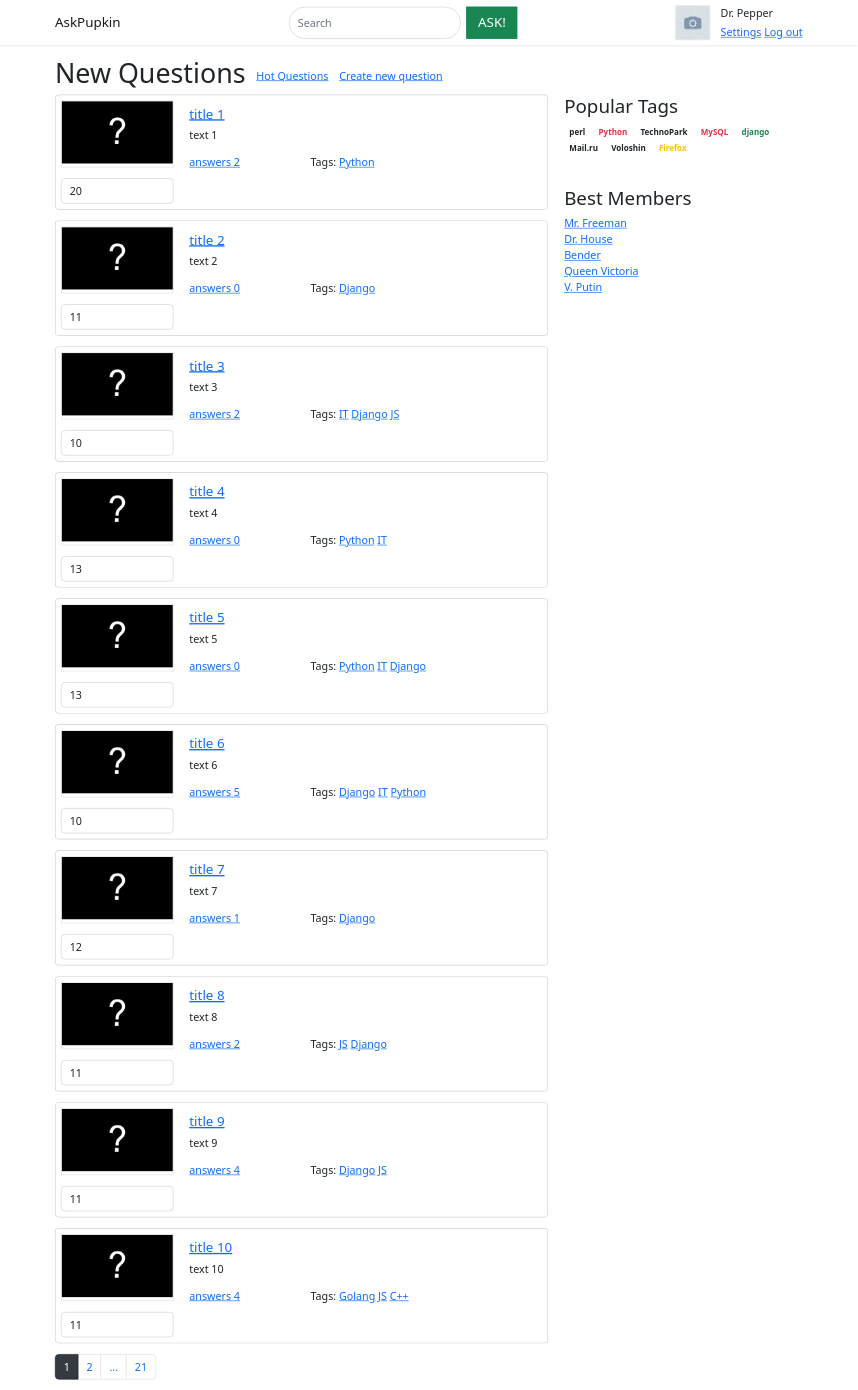
Repository: MiniDan21/askme_molchanov_django
Page: http://localhost/
An editor plug-in stored every save of this project. The page is shown before and after the next save, followed by the edit.
The browser window is 1280 px wide. The pictures show the whole page, at 67% of full size.
The page is served by the project's application, run on Django 5.2 (manage.py). Other server files are loaded and not shown.

Above is the page before, as saved 2024-04-10 11:54:34.

### templates/index.html
{% extends "layouts/base.html" %}

{% block main %}
      <div class="d-flex gap-3 align-items-center">
        <h1>New Questions </h1>
        <a href="/hot">Hot Questions</a>
        <a href="/ask">Create new question</a>
      </div>
      {% include 'layouts/question_list.html' %}
      {% include 'layouts/pagination.html' %}
      {% include 'layouts/popular.html' %}

{% endblock %}

### templates/layouts/base.html
{% load static %}
<!doctype html>
<html lang="en">
  <head>
    <meta charset="utf-8"/>
    <meta
      name="viewport"
      content="width=device-width, initial-scale=1"
    />
    <title>{% block title %} ask-pipkin.com {% endblock %}</title>
    <link
      rel="stylesheet"
      type="text/css"
      href="{% static 'css/bootstrap.css' %}"
    />
    <link
      rel="stylesheet"
      type="text/css"
      href="{% static 'css/custom.css' %}"
    />
  </head>
  <body>
    <nav class="navbar bg-body-tertiary border-bottom">
      {% block navbar %}
      <div class="container-sm-fluid container-lg">
        <a class="navbar-brand" href="/">AskPupkin</a>
        <form
          class="d-flex"
          role="search"
        >
          <input
            class="form-control me-2 rounded-pill"
            type="search"
            placeholder="Search"
            aria-label="Search"
          />
          <button
            class="btn btn-success btn-lg rounded-0"
            type="submit"
          >ASK!</button>
        </form>
        <div class="d-flex justify-content-between gap-3">
          {% include 'layouts/loged_in.html' %}
        </div>
      </div>
    {% endblock %}
    </nav>
    <main class="container-fluid container-lg mt-3">
      {% block main %}
        block main
      {% endblock %}
    </main>
    <!-- <footer class="fixed-bottom p-3 bg-light">
      {% block footer %}
      <div class="container">
        <span class="text-muted">Place sticky footer content here.</span>
      </div>
      {% endblock %}
    </footer> -->
    <script src="../static/js/bootstrap.bundle.min.js"></script>
  </body>
</html>

### templates/layouts/loged_in.html
{% if authed %}
<div class="border">
  <img
    src="../static/img/alter_avatar.jpg"
    alt="Avatar"
    width="50"
    height="50"
  />
</div>
<div class="d-flex flex-column justify-content-between">
  <div>{{user.nickmame|default:"Dr. Pepper"}}</div>
  <div>
    <a href="{% url 'settings' %}">Settings</a>
    <a href="{% url 'logout' %}">Log out</a>
  </div>
</div>
{% else %}
<div class="d-flex flex-column justify-content-between">
  <div>
    <a href="{% url 'login' %}">log in</a>
    <a href="{% url 'signup' %}">sign up</a>
  </div>
</div>
{% endif %}

### templates/layouts/question_list.html
<div class="row">
    <div class="col-8">
      {% for question in questions %}
      <article class="card mb-3 w-100">
        <div class="row g-0">
          <div class="col-3 p-2">
            <div
              class="border w-100 mb-3 overflow-hidden"
              style="height: 100px"
            >
              <img
                src="{{ question.avatar }}"
                class="img-fluid"
                alt="..."
              />
            </div>
            <div class="input-group flex-nowrap">
              <input
                type="number"
                value="{{ question.likes }}"
                class="form-control"
              />
            </div>
          </div>
          <div class="col">
            <div class="card-body">
              <h5 class="card-title">
                <a href="{% url "question" question.id %}">{{ question.title }}</a>
              </h5>
              <p class="card-text">
                {{ question.text }}
              </p>
              <div class="row">
                <a
                  class="col-4"
                  href="{% url "question" question.id %}"
                >{{ question.answers }}</a>
                <div class="col-8">
                  <span>Tags:</span>
                  {% for tag in question.tags %}
                    <a href="{% url "tag" tag.name %}">{{ tag.name }}</a>
                  {% endfor %}
                </div>
              </div>
            </div>
          </div>
        </div>
      </article>
      {% endfor %}

### templates/layouts/pagination.html
<nav aria-label="Page navigation example">
    <ul class="pagination">
      <li
        class="page-item active"
        aria-current="page"
      >
        <span class="page-link">1</span>
      </li>
      <li class="page-item">
        <a
          class="page-link"
          href="#"
        >2</a>
      </li>
      <li class="page-item">
        <a
          class="page-link"
          href="#"
        >...</a>
      </li>
      <li class="page-item">
        <a
          class="page-link"
          href="#"
        >21</a>
      </li>
    </ul>
  </nav>
</div>

### templates/layouts/popular.html
<div class="col-4">
    <h3>Popular Tags</h3>
    <div class="row">
      <div class="col">
        <a href="{% url 'tag' 'perl'%}"><span class="badge text-dark">perl</span></a>
        <a href="{% url 'tag' 'Python'%}"><span class="badge text-danger">Python</span></a>
        <a href="{% url 'tag' 'TechnoPark'%}"><span class="badge text-dark">TechnoPark</span></a>
        <a href="{% url 'tag' 'MySQL'%}"><span class="badge text-danger">MySQL</span></a>
        <a href="{% url 'tag' 'django'%}"><span class="badge text-success">django</span></a>
        <a href="{% url 'tag' 'Mail.ru'%}"><span class="badge text-dark">Mail.ru</span></a>
        <a href="{% url 'tag' 'Voloshin'%}"><span class="badge text-dark">Voloshin</span></a>
        <a href="{% url 'tag' 'Firefox'%}"><span class="badge text-warning">Firefox</span></a>
      </div>
    </div>
    <h3 class="mt-5">Best Members</h3>
    <div>
      <a
        href="/member.html"
        class="d-block"
      >
        Mr. Freeman
      </a>
      <a
        href="/member.html"
        class="d-block"
      >
        Dr. House
      </a>
      <a
        href="/member.html"
        class="d-block"
      >
        Bender
      </a>
      <a
        href="/member.html"
        class="d-block"
      >
        Queen Victoria
      </a>
      <a
        href="/member.html"
        class="d-block"
      >V. Putin</a>
    </div>
  </div>
</div>

### app/views.py
from typing import Dict
from random import randint, sample

from django.http import HttpRequest
from django.shortcuts import get_object_or_404, render, redirect
from django.core.paginator import Paginator, InvalidPage


authed = True
TAGS = ['IT', 'JS', 'C++', 'Python', 'Django', 'Golang']
QUESTIONS = [{
        'title': f'title {i}',
        'id': i,
        'text': f'text {i}',
        'answers': f'answers {randint(0, 6)}',
        'tags': [{'name': tag} for tag in sample(TAGS, randint(1, 3))],
        'likes': randint(10, 20),
        'avatar': '../static/img/alter_question_avatar.jpg',
    } for i in range(1,30)]

def paginate(
        request: HttpRequest,
        page_file,
        object_list,
        per_page=10,
        content: Dict = {}
    ):
    page_num = request.GET.get('page', 1)
    paginator = Paginator(object_list, per_page)
    try:
        page_obj = paginator.page(page_num)
        content['questions'] = page_obj
    # В случае ошибки, content не меняется
    except InvalidPage:
        pass
    page = render(request, page_file, content)
    return page


def index(request: HttpRequest):
    return paginate(request, "index.html", QUESTIONS, content={"authed": authed})

def question(request, id):
    return render(request, "question.html", {"authed": authed})

def tag(request, tag_name):
    QUESTIONS['tags'] = [{'name': tag_name}]

    return paginate(request, "tag.html", QUESTIONS, content={"authed": authed})

def hot(request):
    QUESTIONS = sorted(QUESTIONS, key=lambda x: x['likes'])[::-1]
    return paginate(request, "hot.html", QUESTIONS, content={"authed": authed})


def signup(request):
    return render(request, "signup.html")

def login(request: HttpRequest):
    global authed
    authed = True

    return render(request, "login.html")

def ask(request):
    return render(request, "ask.html", {"authed": authed})

def logout(request: HttpRequest):
    global authed
    authed = False
    return redirect('index', permanent=False)

def settings(request):
    return render(request, "settings.html", {"authed": authed})

### askme_molchanov_django/urls.py
"""
URL configuration for askme_molchanov_django project.

The `urlpatterns` list routes URLs to views. For more information please see:
    https://docs.djangoproject.com/en/5.0/topics/http/urls/
Examples:
Function views
    1. Add an import:  from my_app import views
    2. Add a URL to urlpatterns:  path('', views.home, name='home')
Class-based views
    1. Add an import:  from other_app.views import Home
    2. Add a URL to urlpatterns:  path('', Home.as_view(), name='home')
Including another URLconf
    1. Import the include() function: from django.urls import include, path
    2. Add a URL to urlpatterns:  path('blog/', include('blog.urls'))
"""
from django.contrib import admin
from django.urls import path, include

urlpatterns = [
    path("", include("app.urls")),
    path('admin/', admin.site.urls),
]

### app/urls.py
from django.urls import path

from . import views

urlpatterns = [
    path("", views.index, name="index"),
    path("question/<int:id>", views.question, name="question"),
    path("tag/<str:tag_name>", views.tag, name="tag"),
    path("hot", views.hot, name="hot"),
    path("ask", views.ask, name="ask"),
    path("login", views.login, name="login"),
    path("signup", views.signup, name="signup"),
    path("logout", views.logout, name="logout"),
    path("settings", views.settings, name="settings"),
    # # ex: /polls/5/
    # path("<int:question_id>/", views.detail, name="detail"),
    # # ex: /polls/5/results/
    # path("<int:question_id>/results/", views.results, name="results"),
    # # ex: /polls/5/vote/
    # path("<int:question_id>/vote/", views.vote, name="vote"),
]

### static/css/custom.css
textarea{
    resize: none;
}

.pagination {
    --bs-pagination-padding-x: 0.75rem;
    --bs-pagination-padding-y: 0.375rem;
    --bs-pagination-font-size: 1rem;
    --bs-pagination-color: var(--bs-link-color);
    --bs-pagination-bg: #fff;
    --bs-pagination-border-width: 1px;
    --bs-pagination-border-color: #dee2e6;
    --bs-pagination-border-radius: 0.375rem;
    --bs-pagination-hover-color: var(--bs-link-hover-color);
    --bs-pagination-hover-bg: #e9ecef;
    --bs-pagination-hover-border-color: #dee2e6;
    --bs-pagination-focus-color: var(--bs-link-hover-color);
    --bs-pagination-focus-bg: #e9ecef;
    --bs-pagination-focus-box-shadow: 0 0 0 0.25rem rgba(108, 117, 125, 0.25);
    --bs-pagination-active-color: #fff;
    --bs-pagination-active-bg: var(--bs-gray-dark);
    --bs-pagination-active-border-color: var(--bs-gray-900);
    --bs-pagination-disabled-color: #6c757d;
    --bs-pagination-disabled-bg: #fff;
    --bs-pagination-disabled-border-color: #dee2e6;
    display: flex;
    padding-left: 0;
    list-style: none;
  }

Loaded but not shown: static/css/bootstrap.css (library); static/js/bootstrap.bundle.min.js (library)

After the next save:
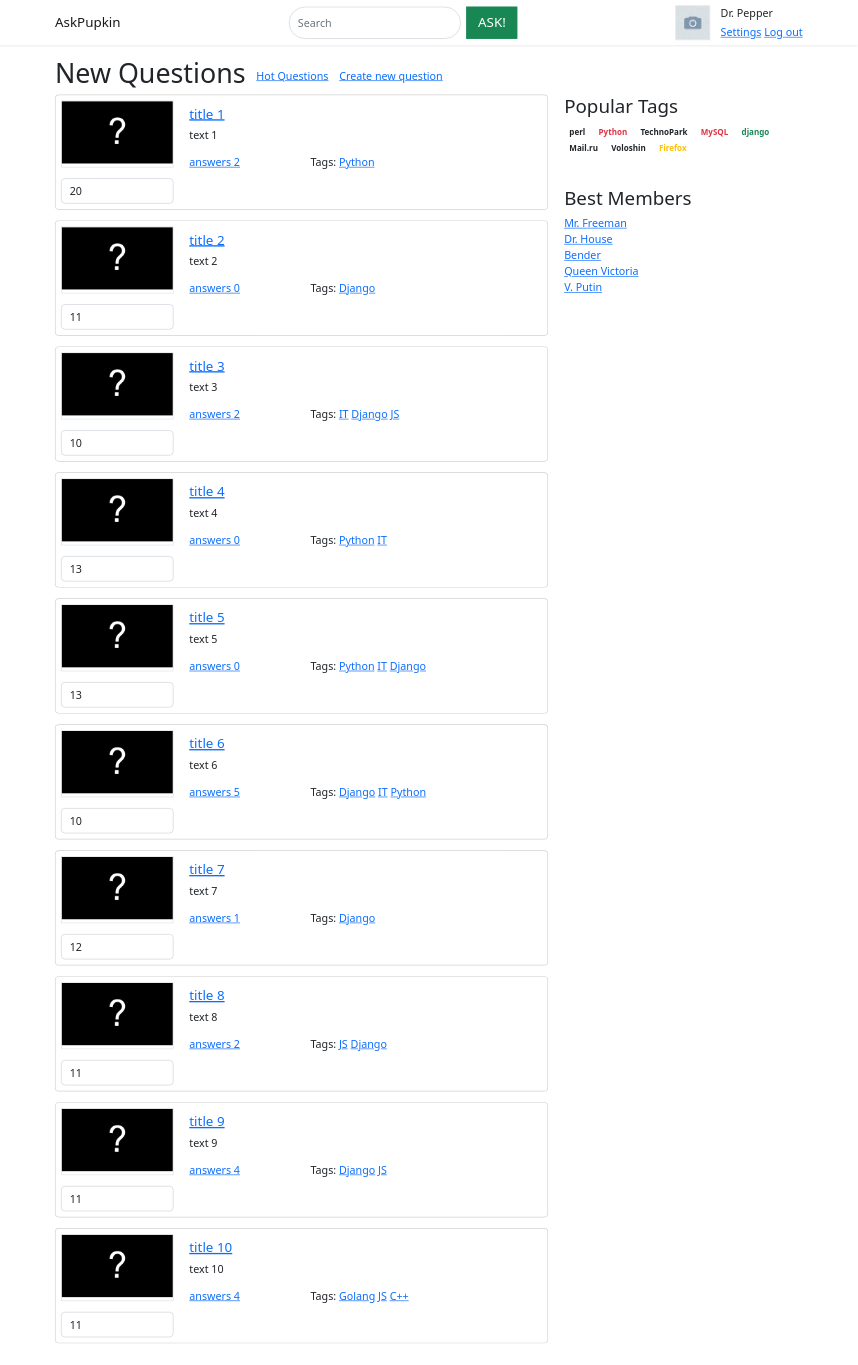
Saved 105 s later.
--- a/templates/layouts/pagination.html
+++ b/templates/layouts/pagination.html
@@ -1,29 +1,14 @@
 <nav aria-label="Page navigation example">
     <ul class="pagination">
-      <li
-        class="page-item active"
-        aria-current="page"
-      >
-        <span class="page-link">1</span>
-      </li>
-      <li class="page-item">
-        <a
-          class="page-link"
-          href="#"
-        >2</a>
-      </li>
-      <li class="page-item">
-        <a
-          class="page-link"
-          href="#"
-        >...</a>
-      </li>
-      <li class="page-item">
-        <a
-          class="page-link"
-          href="#"
-        >21</a>
-      </li>
+      {% if page_obj.has_previous %}
+          <li class="page-item">
+              <a class="page-link" href="{% url "index" %}?page={{ page_obj.previous_page_number }}">Previous</a>
+          </li>
+      {% endif %}
+      <li class="page-item">{{ page_obj.number }}</li>
+      {% if page_obj.has_next %}
+          <li class="page-item"><a class="page-link" href="{% url "index" %}?page={{ page_obj.next_page_number }}">Next</a></li>
+      {% endif %}
     </ul>
   </nav>
 </div>
